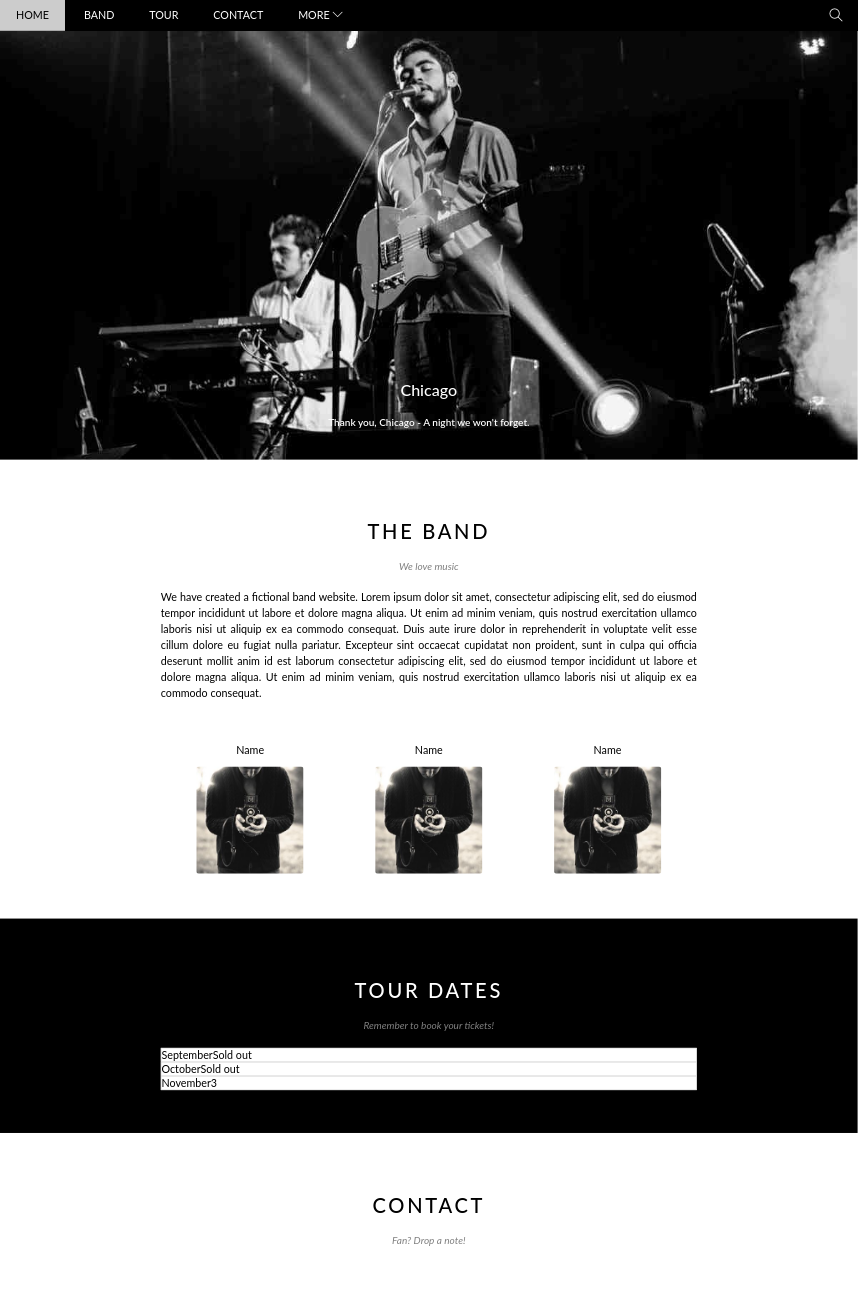
Repository: tatvanhco/web-dau-tay
Page: index.html
An editor plug-in stored every save of this project. The page is shown before and after the next save, followed by the edit.
The browser window is 1280 px wide. The pictures show the whole page, at 67% of full size.

Above is the page before, as saved 2022-01-23 19:35:36.

After the next save:
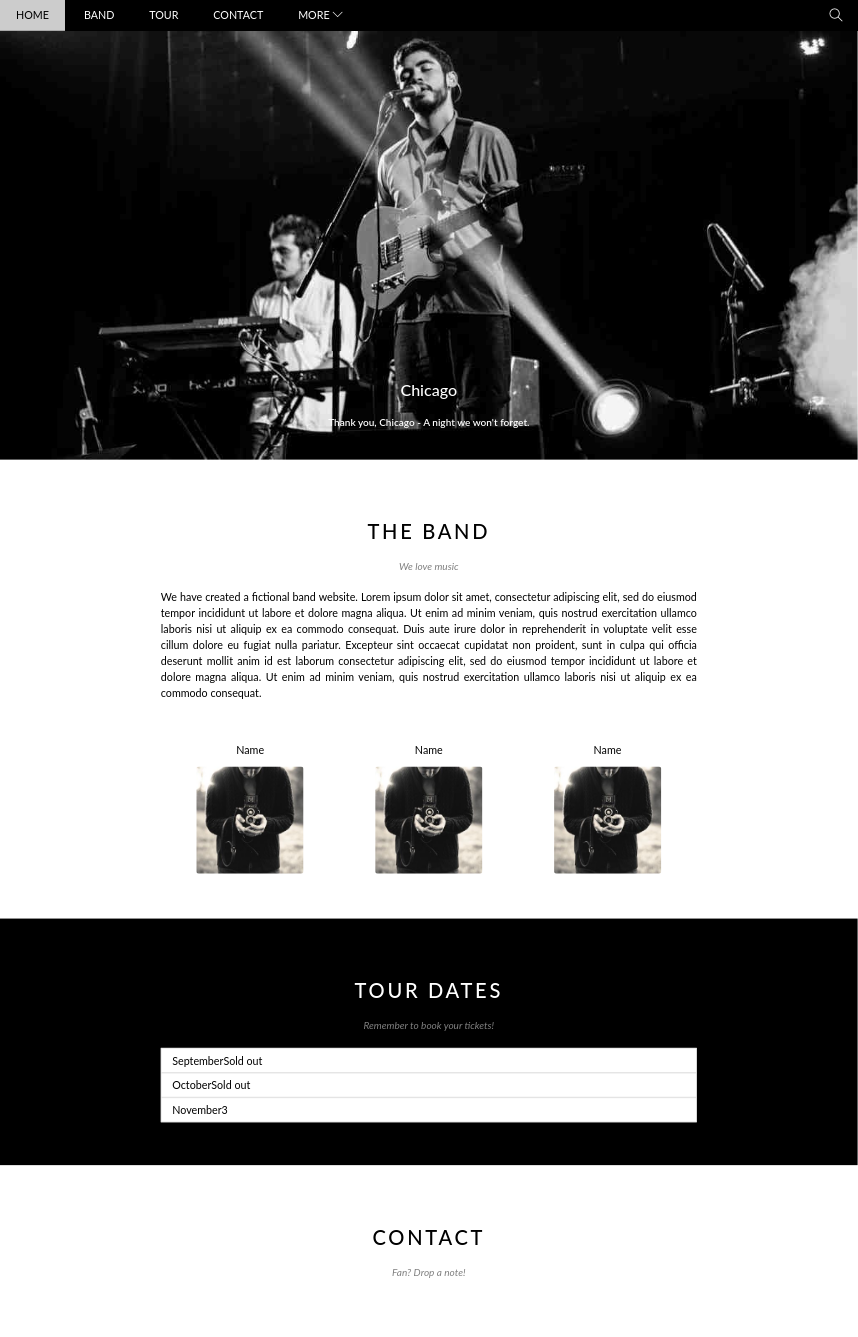
Saved 21 s later.
--- a/assets/css/style.css
+++ b/assets/css/style.css
@@ -187,4 +187,5 @@ body {
 
 .ticket-list li {
     border: 1px solid #ddd;
+    padding: 8px 16px;
 }
